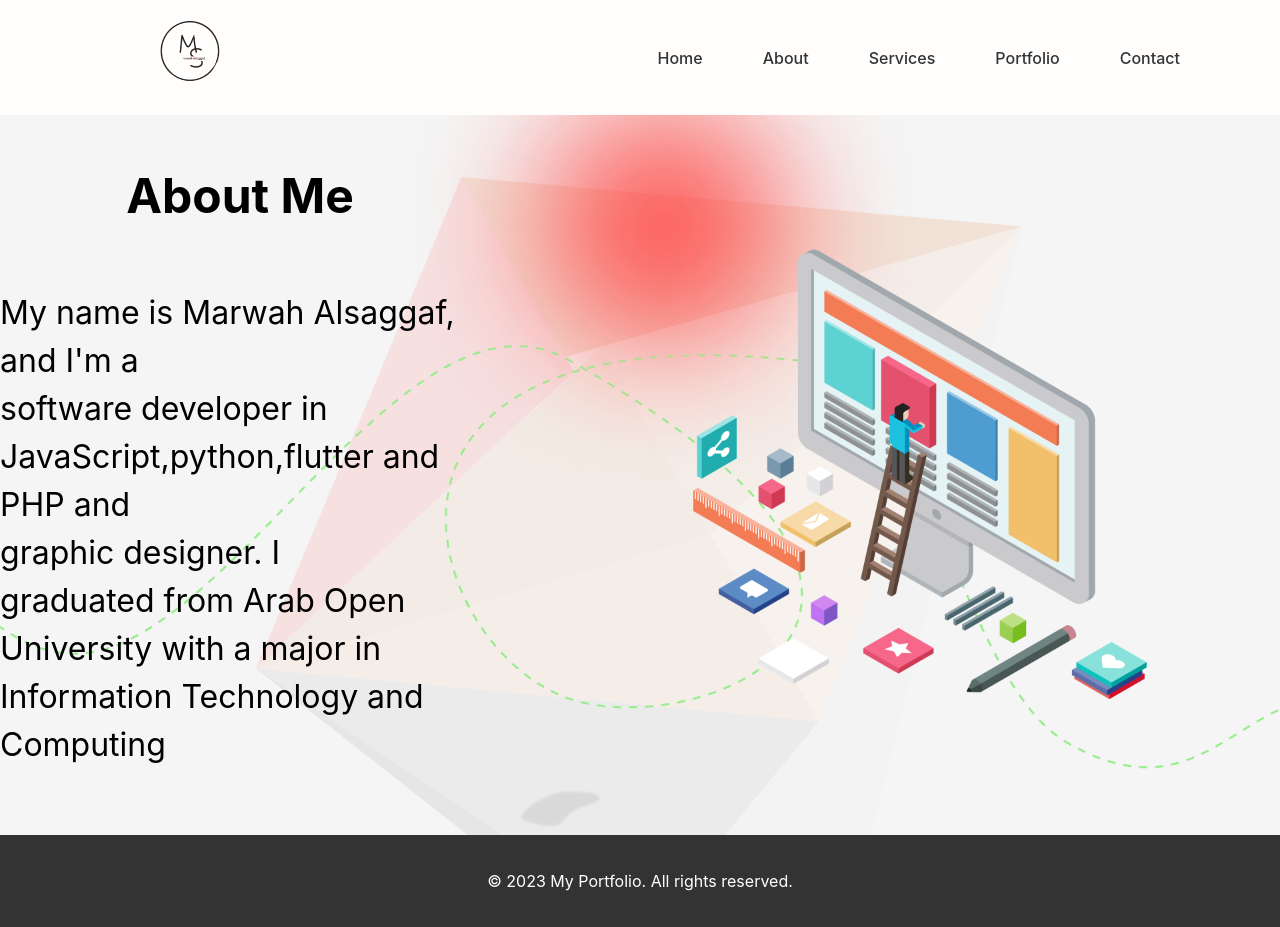
Repository: MEROO1010/Portfolio_00
Page: /about (app in portfolio_00/)
These files come from the project's save history. The page is drawn as it stood at one moment and after the next save; the edit follows.
The browser window is 1280 px wide. The pictures show the whole page.
The project was rebuilt for these pictures with package versions that can differ from the ones it lists, and the page was loaded fresh each time. Also part of the build but not shown: portfolio_00/src/components/Home.jsx, portfolio_00/src/components/Services.jsx, portfolio_00/src/components/Portfolio.jsx, portfolio_00/src/components/Contact.jsx.

Above is the page before, as saved 2024-11-19 09:47:31.

After the next save:
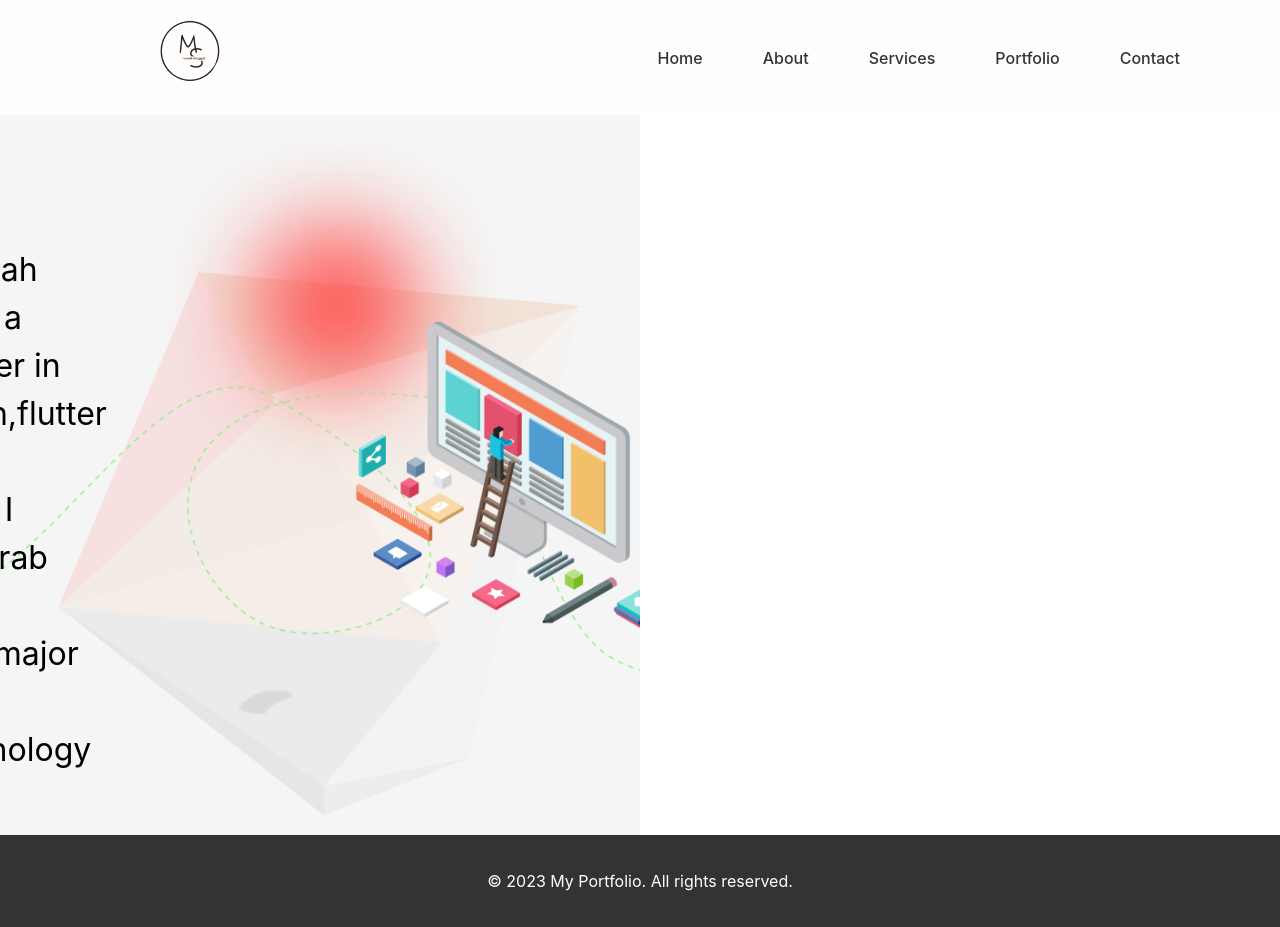
Saved 51 s later.
--- a/portfolio_00/src/components/About.jsx
+++ b/portfolio_00/src/components/About.jsx
@@ -12,6 +12,7 @@
   background-image: url(${bg2});
   background-position: center;
   background-size:cover;
+  width:50%;
 `;
 
 const Title = styled.h1`

After the save that followed:
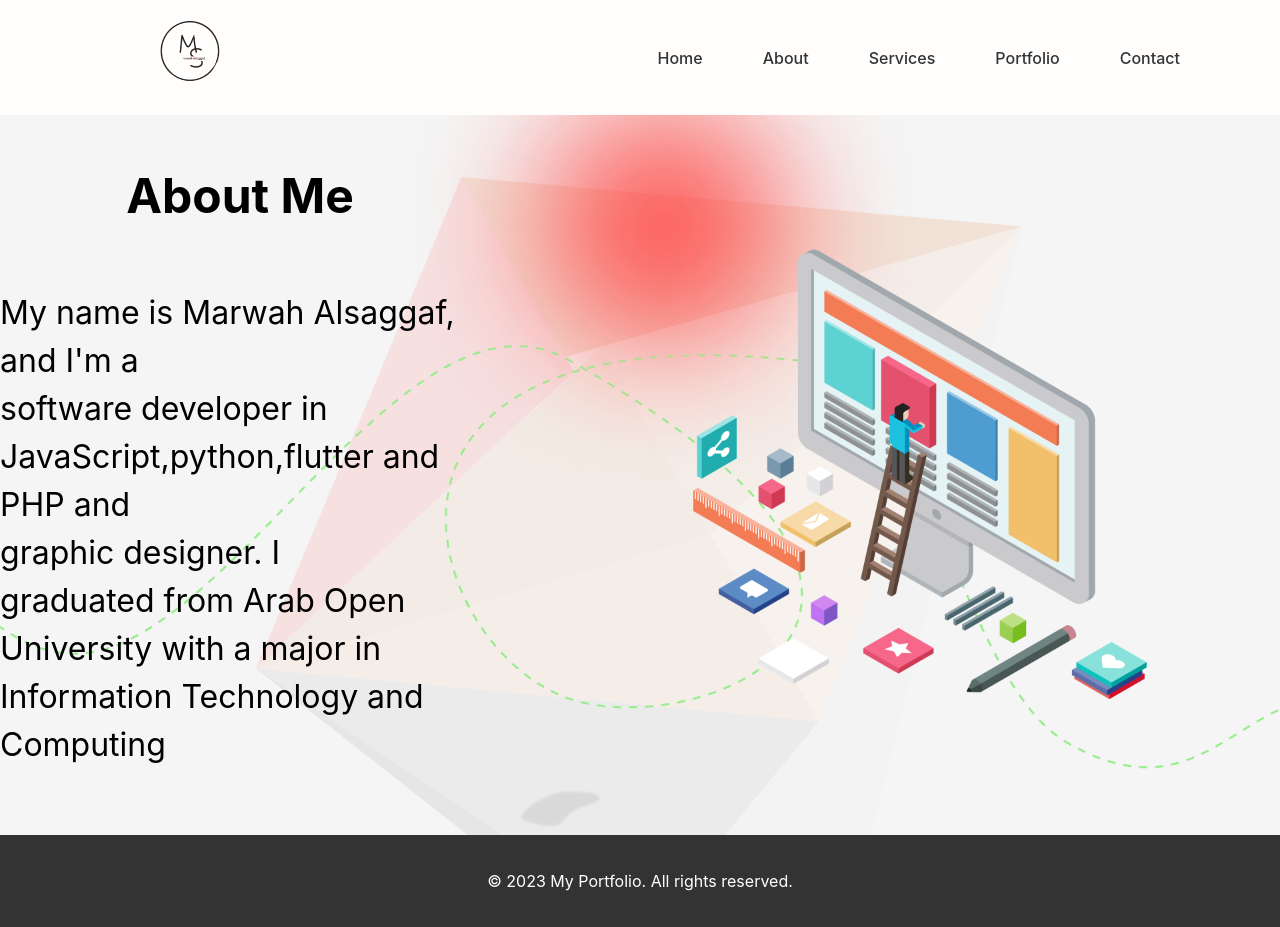
Saved 7 s later.
--- a/portfolio_00/src/components/About.jsx
+++ b/portfolio_00/src/components/About.jsx
@@ -12,7 +12,6 @@
   background-image: url(${bg2});
   background-position: center;
   background-size:cover;
-  width:50%;
 `;
 
 const Title = styled.h1`
